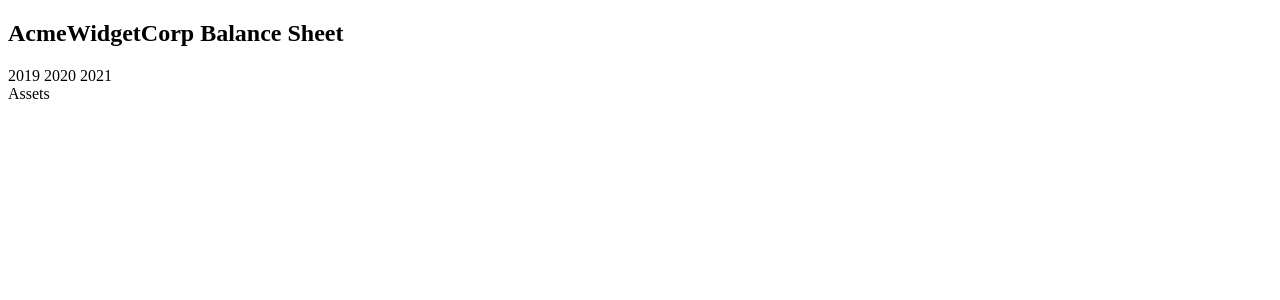
Repository: cipdanila/freeCodeCamp
Page: BalanceSheet/index.html
An editor plug-in stored every save of this project. The page is shown before and after the next save, followed by the edit.
The browser window is 1280 px wide. The pictures show the whole page.

Above is the page before, as saved 2023-10-19 16:00:30.

After the next save:
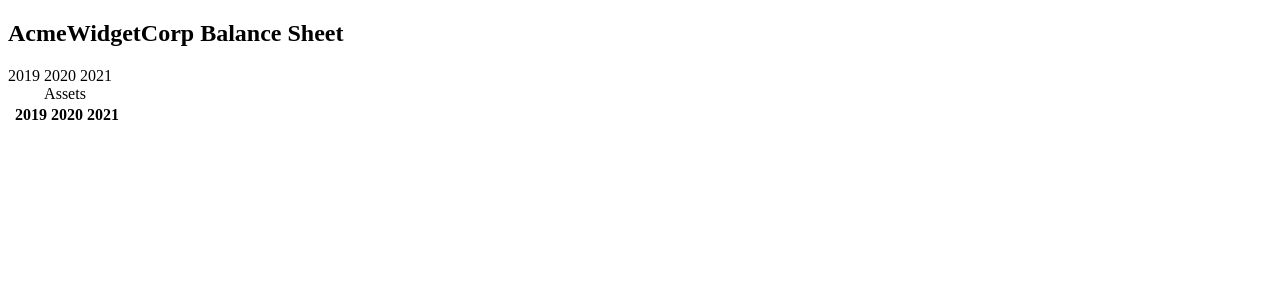
Saved 37 s later.
--- a/BalanceSheet/index.html
+++ b/BalanceSheet/index.html
@@ -29,10 +29,14 @@
                             <tr>
                                 <td></td>
                                 <th>
-                                    <span class="sr-only year"></span>
+                                    <span class="sr-only year">2019</span>
                                 </th>
-                                <th></th>
-                                <th></th>
+                                <th>
+                                    <span class="sr-only year">2020</span>
+                                </th>
+                                <th>
+                                    <span class="sr-only year">2021</span>
+                                </th>
                             </tr>
                         </thead>
                         <tbody></tbody>
